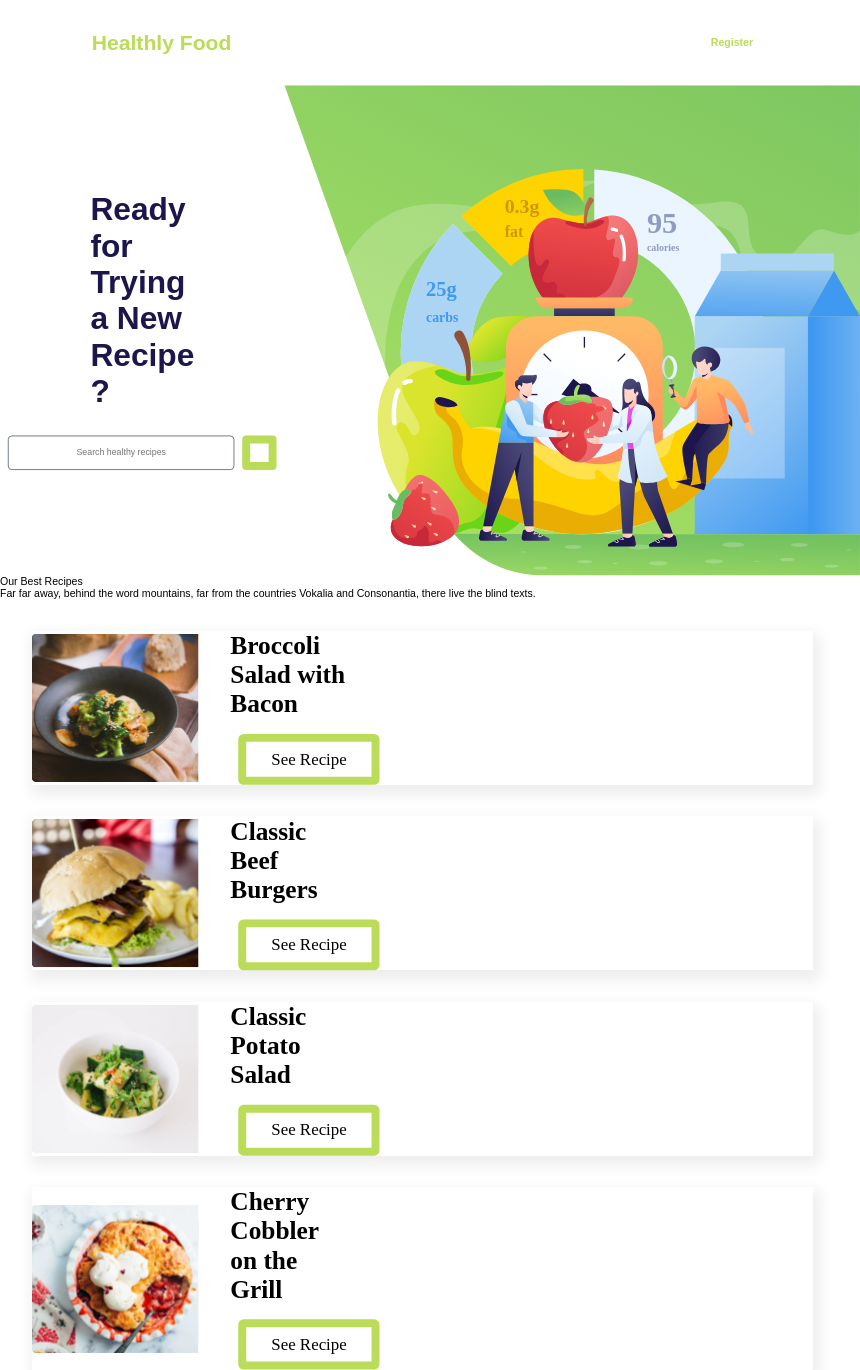
Repository: LuccaCasalecchi/HealthyFood
Page: /
These files come from the project's save history. The page is drawn as it stood at one moment and after the next save; the edit follows.
The browser window is 1280 px wide. The page is 1303 px wide, so the pictures cover 1303 px, including what lies to the right of the window. The pictures show the whole page, at 66% of full size.
The project was rebuilt for these pictures with package versions that can differ from the ones it lists, and the page was loaded fresh each time.

Above is the page before, as saved 2021-08-18 16:29:15.

### src/App.js
import React from 'react'
import LandingPage from './pages/LandingPage/LandingPage';

function App() {
  return (
    <div className="App">
      <LandingPage/>
    </div>
  );
}

export default App;

### src/pages/LandingPage/LandingPage.jsx
import React from "react";
import "./LandingPage.css";
import Recipes from "../../components/Recipes/Recipes";
import Main from "../../components/Main/Main";

export default function LandingPage() {
  return (
    <>
      <Main/>
      <Recipes/>
    </>
  );
}

### src/pages/LandingPage/LandingPage.css
* {
  margin: 0;
  padding: 0;
  box-sizing: border-box;
  font-family: sans-serif;
}

### src/components/Recipes/Recipes.jsx
import React from "react";
import Card from '../Card/Card'

import './Recipes.css'
import FoodOne from '../../images/comida_1.svg';
import FoodTwo from '../../images/comida_2.svg';
import FoodThree from '../../images/comida_3.svg';
import FoodFour from '../../images/comida_4.svg';

export default function Recipes() {
  return (
    <section className='recipes' id='recipes'>
      <div className='recipes__introduction'>
        <p className='introduction__title'>Our Best Recipes</p>
        <p className='introduction__description'>
          Far far away, behind the word mountains,
          far from the countries Vokalia and Consonantia,
          there live the blind texts.
        </p>
      </div>
      <div className='recipes__best'>
        <Card image={FoodOne} title='Broccoli Salad with Bacon'/>
        <Card image={FoodTwo} title='Classic Beef Burgers'/>
        <Card image={FoodThree} title='Classic Potato Salad'/>
        <Card image={FoodFour} title='Cherry Cobbler on the Grill'/>
      </div>
    </section>
  );
}

### src/components/Main/Main.jsx
import React from 'react'
import Input from '../Input/Input'
import Illustration from '../../images/Illustration.svg'
import Header from '../Header/Header'
import './Main.css'

export default function Main() {
  return (
    <div>
      <Header/>
      <div className="search-recipes">
        <div className="subtitle">
          <h2>Ready for<br />Trying a New<br />Recipe ?</h2>
          <div className="input-container">
          <Input/>
          </div>
        </div>
        <img src={Illustration} alt="" />
      </div>
    </div>
  )
}

### src/components/Card/Card.jsx
import React from 'react'
import './Card.css'

export default function Card({image, title}) {
  return (
    <div>
      <article className='recipe'>
      <img className='recipe__image' src={image} alt={title}/>
      <div className="recipe__informations">
        <p className='recipe__title'>{title}</p>
        <button className='recipe__button' to='/'>See Recipe</button>
      </div>
    </article>
    </div>
  )
}

### src/components/Input/Input.jsx
import React from 'react'
import './Input.css'

export default function Input() {
  return (
    <div className="input-container">
      <input
      type="text"
      placeholder="Search healthy recipes"/>

      <button></button>
    </div>
  )
}

### src/components/Header/Header.jsx
import React from 'react'
import './Header.css'

export default function Header() {
  return (
    <div className="header-container">
        <a href="#" className="logo">Healthly Food</a>
        <a href="#" className="register">Register</a>
    </div>
  )
}

### src/components/Main/Main.css
.search-recipes {
  display: flex;
  justify-content: space-between;
  align-items: center;
}

.subtitle {
  display: flex;
  justify-content: center;
  align-items: center;
  flex-direction: column;
}

.subtitle h2 {
  font-size: 48px;
  color: #1d164d;
  text-align: left;
  padding: 0px 137px 40px;
}

### src/components/Card/Card.css
.recipe {
  display: flex;
  align-items: center;
  margin: 3rem 3rem 0 3rem;

  box-shadow: 5px 10px 20px 6px rgba(0,0,0,0.07);
}

.recipe__image {
  max-width: 253px;
  max-height: 225px;
}

.recipe__informations {
  max-width: 180px;
  display: flex;
  flex-direction: column;
  margin-left: 3rem;
}

.recipe__title {
  margin-bottom: 1.5rem;

  color: var(--color-text-title);
  font-family: 'Montserrat';
  font-size: 2.4rem;
  font-weight: 700;
}

.recipe__button {
  width: 13.4rem;
  height: 4.8rem;
  display: flex;
  justify-content: center;
  align-items: center;

  background: var(--color-primary);
  color: var(--color-white);
  border-radius: .5rem;
  font-family: 'Muli';
  font-size: 1.6rem;
  text-decoration: none;
}

### src/components/Input/Input.css
.input-container{
  display: flex;
  justify-content: center;
  align-items: center;
  padding: 0px;
}

input{
  width: 343px;
  height: 52px;
  border-radius: 6px;
  border: 1px solid #2D3561;
  text-align: center;
}

button{
  width: 52px;
  height: 52px;
  background-color: white;
  border: 12px solid #BADC58;
  border-radius: 6px;
  padding: 0px 12px;
  margin-left: 12px;
}

### src/components/Header/Header.css
.header-container{
  display: flex;
  justify-content: space-between;
  align-items: center;
  padding: 46px 0;
}

.header-container a {
  text-decoration: none;
  color: #BADC58;
  font-weight: 700;
  padding: 0 139px;
}

.header-container .logo{
  font-size: 32px;

}

.header-container .register{
  font-size: 16px;

}

### src/components/Recipes/Recipes.css
.recipes-container{
  background-color: rgb(205, 255, 248);
  width: 100%;
  display: flex;
  flex-direction: column;
  align-items: center;
  margin-bottom: 6rem;
}

Loaded but not shown: public/index.html (common file); src/index.js (common file)

After the next save:
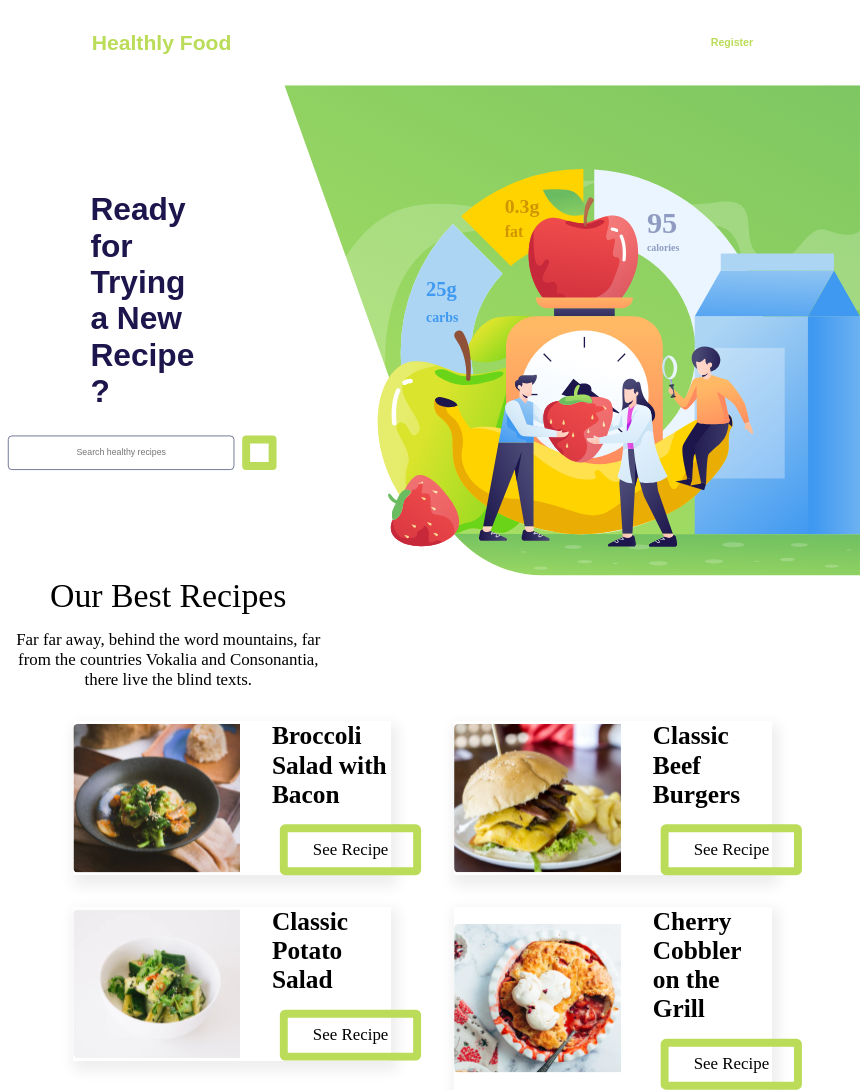
Saved 32 s later.
--- a/src/components/Recipes/Recipes.css
+++ b/src/components/Recipes/Recipes.css
@@ -6,3 +6,29 @@
   align-items: center;
   margin-bottom: 6rem;
 }
+
+.recipes__introduction {
+  max-width: 510px;
+}
+
+.introduction__title {
+  margin-bottom: 1.5rem;
+
+  color: var(--color-text-title);
+  font-family: 'Montserrat';
+  font-size: 3.2rem;
+  text-align: center;
+}
+
+.introduction__description {
+  color: var(--color-text);
+  font-family: 'Muli';
+  font-size: 1.6rem;
+  text-align: center;
+}
+
+.recipes__best {
+  display: flex;
+  flex-wrap: wrap;
+  justify-content: center;
+}
